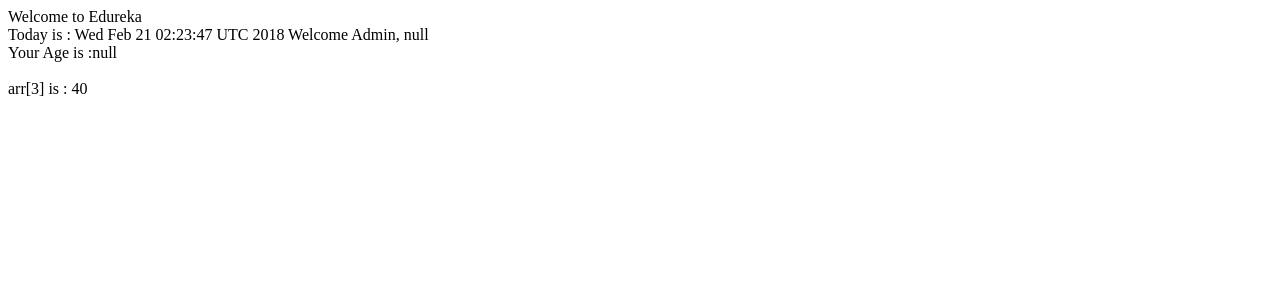
Repository: Lokeswari19/JavaExamples
Page: http://localhost/Session12/welcome.jsp
An editor plug-in stored every save of this project. The page is shown before and after the next save, followed by the edit.
The browser window is 1280 px wide. The pictures show the whole page.
The page is served by Tomcat 9.

Above is the page before, as saved 2018-02-21 22:13:55.

After the next save:
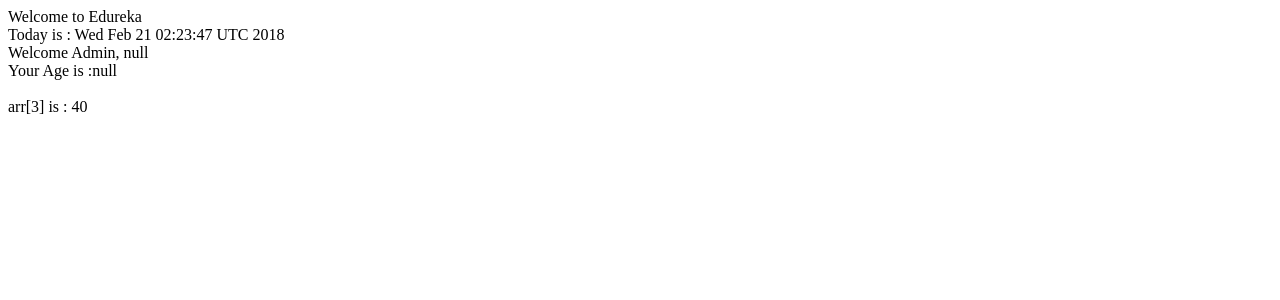
Saved 33 s later.
--- a/Session12/WebContent/welcome.jsp
+++ b/Session12/WebContent/welcome.jsp
@@ -15,7 +15,7 @@
 String name=(String)session.getAttribute("keyName");
 String age=(String)session.getAttribute("keyAge");
 
-out.print("Welcome Admin, "+name +"<br/> Your Age is :" +age + "<br/>");
+out.print("<br/>Welcome Admin, "+name +"<br/> Your Age is :" +age + "<br/>");
 //Date date=new Date();
 
 //out.print("Today is " +date + "<br/>");
